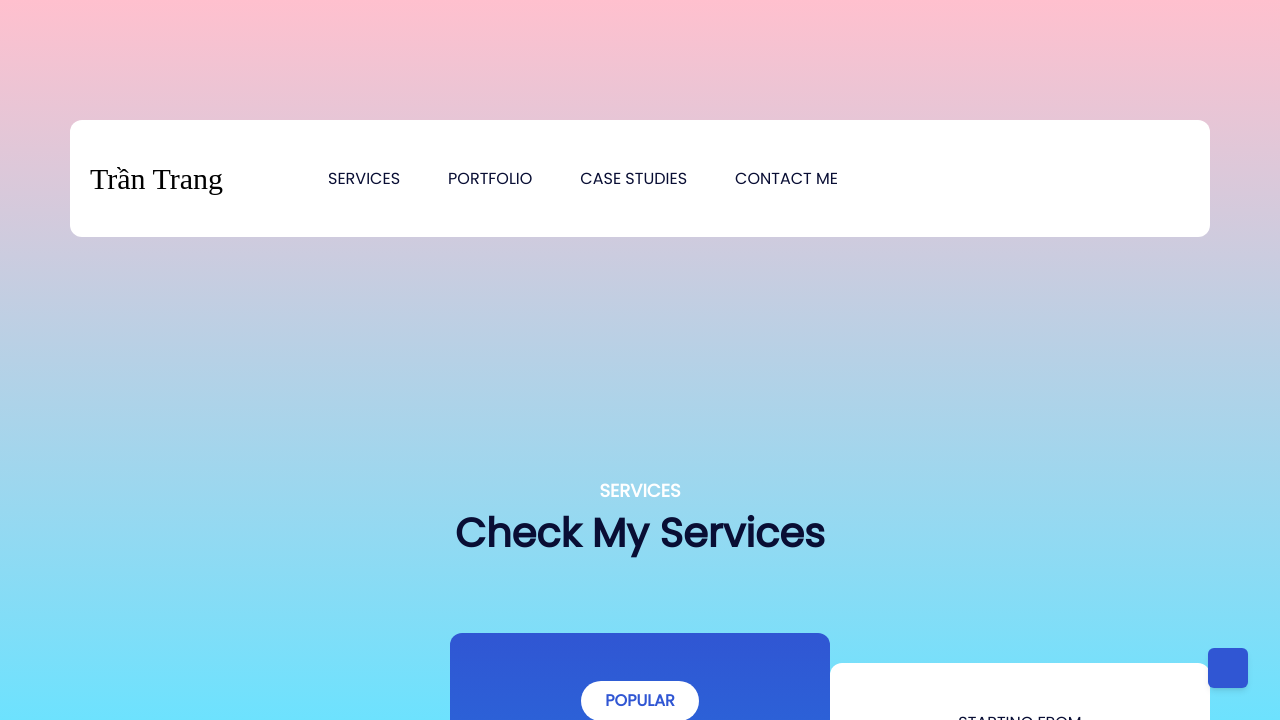
Repository: trantrang2101/CV
Page: index.html
The author's editor kept a copy of each file at every save. The page is drawn from the files as they stood at one save, then again after the next save.
The browser window is 1280 px wide. The pictures show the whole page.
An inner scrolling area shows only its first screen. Some web fonts or font styles are not loaded; a fallback is used.

Above is the page before, as saved 2022-07-13 19:18:11.
Console error: TypeError: Cannot read properties of null (reading 'offsetTop')

### index.html
<!DOCTYPE html>
<html lang="en" class="scroll-smooth">

<head>
    <meta charset="UTF-8" />
    <meta http-equiv="X-UA-Compatible" content="IE=edge" />
    <meta name="viewport" content="width=device-width, initial-scale=1.0" />
    <title>
        Play | Free Tailwind CSS Template for Startup and SaaS By TailGrids
    </title>
    <link rel="shortcut icon" href="assets/images/favicon.png" type="image/x-icon" />
    <link rel="stylesheet" href="assets/css/animate.css" />
    <link rel="stylesheet" href="assets/css/tailwind.css" />
    <link rel="stylesheet" href="assets/css/style.css" />

    <script src="assets/js/wow.min.js"></script>
    <script>
        new WOW().init();
    </script>
</head>

<body>
    <section id="home" class="pt-20 lg:pt-[120px] pb-20 lg:pb-[120px]">
        <div class="container">
            <div class="bg-white shadow-xl shadow-dark dark:shadow-xl dark:shadow-light wow fadeInUp rounded-xl"
                data-wow-delay=".2s" style="visibility: visible; animation-delay: 0.2s">
                <div class="flex -mx-4 px-5 items-center justify-between relative">
                    <div class="w-60 max-w-full">
                        <a href="#home" class="navbar-logo w-full block py-5">
                            <h1 class="font-script p-4">Trần Trang</h1>
                        </a>
                    </div>
                    <div class="flex justify-between items-center w-full">
                        <div>
                            <button id="navbarToggler"
                                class="block absolute mx-4 right-4 top-1/2 -translate-y-1/2 lg:hidden focus:ring-2 ring-primary px-3 py-[6px] rounded-lg">
                                <span class="relative w-[30px] h-[2px] my-[6px] block bg-dark"></span>
                                <span class="relative w-[30px] h-[2px] my-[6px] block bg-dark"></span>
                                <span class="relative w-[30px] h-[2px] my-[6px] block bg-dark"></span>
                            </button>
                            <nav id="navbarCollapse"
                                class="absolute py-5 lg:py-0 lg:px-4 xl:px-6 bg-white lg:bg-transparent shadow-lg rounded-lg max-w-[250px] w-full lg:max-w-full lg:w-full right-4 top-full hidden lg:block lg:static lg:shadow-none">
                                <ul class="blcok lg:flex">
                                    <li class="relative group">
                                        <a href="#services"
                                            class="ud-menu-scroll text-base text-dark lg:group-hover:opacity-70 lg:group-hover:text-dark group-hover:text-primary py-2 lg:py-6 lg:inline-flex lg:px-0 flex mx-8 lg:mr-0">
                                            SERVICES
                                        </a>
                                    </li>
                                    <li class="relative group">
                                        <a href="#portfolio"
                                            class="ud-menu-scroll text-base text-dark lg:text-dark lg:group-hover:opacity-70 lg:group-hover:text-dark group-hover:text-primary py-2 lg:py-6 lg:inline-flex lg:px-0 flex mx-8 lg:mr-0 lg:ml-7 xl:ml-12">
                                            PORTFOLIO
                                        </a>
                                    </li>
                                    <li class="relative group">
                                        <a href="#case"
                                            class="ud-menu-scroll text-base text-dark lg:text-dark lg:group-hover:opacity-70 lg:group-hover:text-dark group-hover:text-primary py-2 lg:py-6 lg:inline-flex lg:px-0 flex mx-8 lg:mr-0 lg:ml-7 xl:ml-12">
                                            CASE STUDIES
                                        </a>
                                    </li>
                                    <li class="relative group">
                                        <a href="#contact"
                                            class="ud-menu-scroll text-base text-dark lg:text-dark lg:group-hover:opacity-70 lg:group-hover:text-dark group-hover:text-primary py-2 lg:py-6 lg:inline-flex lg:px-0 flex mx-8 lg:mr-0 lg:ml-7 xl:ml-12">
                                            CONTACT ME
                                        </a>
                                    </li>
                                </ul>
                            </nav>
                        </div>
                    </div>
                </div>
            </div>
        </div>
    </section>
    <section id="services" class="pt-20 lg:pt-[120px] pb-12 lg:pb-[90px] relative z-20 overflow-hidden">
        <div class="container">
            <div class="flex flex-wrap -mx-4">
                <div class="w-full px-4">
                    <div class="text-center mx-auto mb-[60px] lg:mb-20 max-w-[620px]">
                        <span class="font-semibold text-lg text-white mb-2 block">
                            SERVICES
                        </span>
                        <h2 class="font-bold text-3xl sm:text-4xl md:text-[40px] text-dark mb-4">
                            Check My Services
                        </h2>
                    </div>
                </div>
            </div>

            <div class="flex flex-wrap items-center justify-center">
                <div class="w-full md:w-1/2 lg:w-1/3">
                    <div class="bg-white rounded-xl relative z-10 overflow-hidden border border-primary border-opacity-20 shadow-pricing py-10 px-8 sm:p-12 lg:py-10 lg:px-6 xl:p-12 mb-10 text-center wow fadeInUp"
                        data-wow-delay=".15s" style="visibility: visible; animation-delay: 0.15s">

                    </div>
                </div>
                <div class="w-full md:w-1/2 lg:w-1/3">
                    <div class="bg-primary bg-gradient-to-b from-primary to-[#179BEE] rounded-xl relative z-10 overflow-hidden shadow-pricing py-10 px-8 sm:p-12 lg:py-10 lg:px-6 xl:p-12 mb-10 text-center wow fadeInUp"
                        data-wow-delay=".1s" style="visibility: visible; animation-delay: 0.1s">
                        <span
                            class="inline-block py-2 px-6 border border-white rounded-full text-base font-semibold text-primary bg-white uppercase mb-5">
                            POPULAR
                        </span>
                        <span class="text-white font-medium text-base uppercase block mb-2">
                            STARTING FROM
                        </span>
                        <h2 class="font-semibold text-white mb-9 text-[28px]">
                            $ 19.99/mo
                        </h2>

                        <div class="mb-10">
                            <p class="text-base font-medium text-white leading-loose mb-1">
                                5 User
                            </p>
                            <p class="text-base font-medium text-white leading-loose mb-1">
                                All UI components
                            </p>
                            <p class="text-base font-medium text-white leading-loose mb-1">
                                Lifetime access
                            </p>
                            <p class="text-base font-medium text-white leading-loose mb-1">
                                Free updates
                            </p>
                            <p class="text-base font-medium text-white leading-loose mb-1">
                                Use on 1 (one) project
                            </p>
                            <p class="text-base font-medium text-white leading-loose mb-1">
                                4 Months support
                            </p>
                        </div>
                        <div class="w-full">
                            <a href="javascript:void(0)"
                                class="inline-block text-base font-medium text-dark bg-white border border-white rounded-full text-center py-4 px-11 hover:text-white hover:bg-dark hover:border-dark transition duration-300 ease-in-out">
                                Purchase Now
                            </a>
                        </div>
                    </div>
                </div>
                <div class="w-full md:w-1/2 lg:w-1/3">
                    <div class="bg-white rounded-xl relative z-10 overflow-hidden border border-primary border-opacity-20 shadow-pricing py-10 px-8 sm:p-12 lg:py-10 lg:px-6 xl:p-12 mb-10 text-center wow fadeInUp"
                        data-wow-delay=".15s" style="visibility: visible; animation-delay: 0.15s">
                        <span class="text-dark font-medium text-base uppercase block mb-2">
                            STARTING FROM
                        </span>
                        <h2 class="font-semibold text-primary mb-9 text-[28px]">
                            $ 70.99/mo
                        </h2>

                        <div class="mb-10">
                            <p class="text-base font-medium text-body-color leading-loose mb-1">
                                1 User
                            </p>
                            <p class="text-base font-medium text-body-color leading-loose mb-1">
                                All UI components
                            </p>
                            <p class="text-base font-medium text-body-color leading-loose mb-1">
                                Lifetime access
                            </p>
                            <p class="text-base font-medium text-body-color leading-loose mb-1">
                                Free updates
                            </p>
                            <p class="text-base font-medium text-body-color leading-loose mb-1">
                                Use on unlimited project
                            </p>
                            <p class="text-base font-medium text-body-color leading-loose mb-1">
                                4 Months support
                            </p>
                        </div>
                        <div class="w-full">
                            <a href="javascript:void(0)"
                                class="inline-block text-base font-medium text-primary bg-transparent border border-[#D4DEFF] rounded-full text-center py-4 px-11 hover:text-white hover:bg-primary hover:border-primary transition duration-300 ease-in-out">
                                Purchase Now
                            </a>
                        </div>
                    </div>
                </div>
            </div>
        </div>
    </section>
    <a href="javascript:void(0)"
        class="hidden items-center justify-center bg-primary text-white w-10 h-10 rounded-md fixed bottom-8 right-8 left-auto z-[999] hover:bg-dark back-to-top shadow-md transition duration-300 ease-in-out"
        style="display: flex">
        <span class="w-3 h-3 border-t border-l border-white rotate-45 mt-[6px]"></span>
    </a>
    <script src="assets/js/main.js"></script>
    <script>
        const pageLink = document.querySelectorAll(".ud-menu-scroll");
        pageLink.forEach((elem) => {
            elem.addEventListener("click", (e) => {
                e.preventDefault();
                document.querySelector(elem.getAttribute("href")).scrollIntoView({
                    behavior: "smooth",
                    offsetTop: 1 - 60,
                });
            });
        });

        // section menu active
        function onScroll(event) {
            const sections = document.querySelectorAll(".ud-menu-scroll");
            const scrollPos =
                window.pageYOffset ||
                document.documentElement.scrollTop ||
                document.body.scrollTop;

            for (let i = 0; i < sections.length; i++) {
                const currLink = sections[i];
                const val = currLink.getAttribute("href");
                const refElement = document.querySelector(val);
                const scrollTopMinus = scrollPos + 73;
                if (
                    refElement.offsetTop <= scrollTopMinus &&
                    refElement.offsetTop + refElement.offsetHeight > scrollTopMinus
                ) {
                    document
                        .querySelector(".ud-menu-scroll")
                        .classList.remove("active");
                    currLink.classList.add("active");
                } else {
                    currLink.classList.remove("active");
                }
            }
        }

        window.document.addEventListener("scroll", onScroll);
    </script>
</body>

</html>

### assets/css/style.css
html,
body {
  width: 100%;
  height: 100%;
}
html,
body {
  width: 100%;
  height: 100%;
  overflow: auto;
  background: linear-gradient(180deg, #ffc0ce 0%, #6de2fe 100%);
  background-repeat: no-repeat;
  background-position: center top;
  background-size: contain;
}
.font-script {
  font-family: "Imperial Script" !important;
}
h1.font-script {
  font-size: 30px;
}

### assets/js/main.js
(function () {
  "use strict";

  // ======= Sticky
  window.onscroll = function () {
    const ud_header = document.querySelector(".ud-header");
    const sticky = ud_header.offsetTop;
    const logo = document.querySelector(".header-logo");

    if (window.pageYOffset > sticky) {
      ud_header.classList.add("sticky");
    } else {
      ud_header.classList.remove("sticky");
    }

    // === logo change
    if (ud_header.classList.contains("sticky")) {
      logo.src = "assets/images/logo/logo.svg";
    } else {
      logo.src = "assets/images/logo/logo-white.svg";
    }

    // show or hide the back-top-top button
    const backToTop = document.querySelector(".back-to-top");
    if (
      document.body.scrollTop > 50 ||
      document.documentElement.scrollTop > 50
    ) {
      backToTop.style.display = "flex";
    } else {
      backToTop.style.display = "none";
    }
  };

  // ===== responsive navbar
  let navbarToggler = document.querySelector("#navbarToggler");
  const navbarCollapse = document.querySelector("#navbarCollapse");

  navbarToggler.addEventListener("click", () => {
    navbarToggler.classList.toggle("navbarTogglerActive");
    navbarCollapse.classList.toggle("hidden");
  });

  //===== close navbar-collapse when a  clicked
  document
    .querySelectorAll("#navbarCollapse ul li:not(.submenu-item) a")
    .forEach((e) =>
      e.addEventListener("click", () => {
        navbarToggler.classList.remove("navbarTogglerActive");
        navbarCollapse.classList.add("hidden");
      })
    );

  // ===== Sub-menu
  const submenuItems = document.querySelectorAll(".submenu-item");
  submenuItems.forEach((el) => {
    el.querySelector("a").addEventListener("click", () => {
      el.querySelector(".submenu").classList.toggle("hidden");
    });
  });

  // ===== Faq accordion
  const faqs = document.querySelectorAll(".single-faq");
  faqs.forEach((el) => {
    el.querySelector(".faq-btn").addEventListener("click", () => {
      el.querySelector(".icon").classList.toggle("rotate-180");
      el.querySelector(".faq-content").classList.toggle("hidden");
    });
  });

  // ===== wow js
  new WOW().init();

  // ====== scroll top js
  function scrollTo(element, to = 0, duration = 500) {
    const start = element.scrollTop;
    const change = to - start;
    const increment = 20;
    let currentTime = 0;

    const animateScroll = () => {
      currentTime += increment;

      const val = Math.easeInOutQuad(currentTime, start, change, duration);

      element.scrollTop = val;

      if (currentTime < duration) {
        setTimeout(animateScroll, increment);
      }
    };

    animateScroll();
  }

  Math.easeInOutQuad = function (t, b, c, d) {
    t /= d / 2;
    if (t < 1) return (c / 2) * t * t + b;
    t--;
    return (-c / 2) * (t * (t - 2) - 1) + b;
  };

  document.querySelector(".back-to-top").onclick = () => {
    scrollTo(document.documentElement);
  };
})();

Loaded but not shown: assets/css/animate.css (library); assets/css/tailwind.css (library); assets/js/wow.min.js (library)

After the next save:
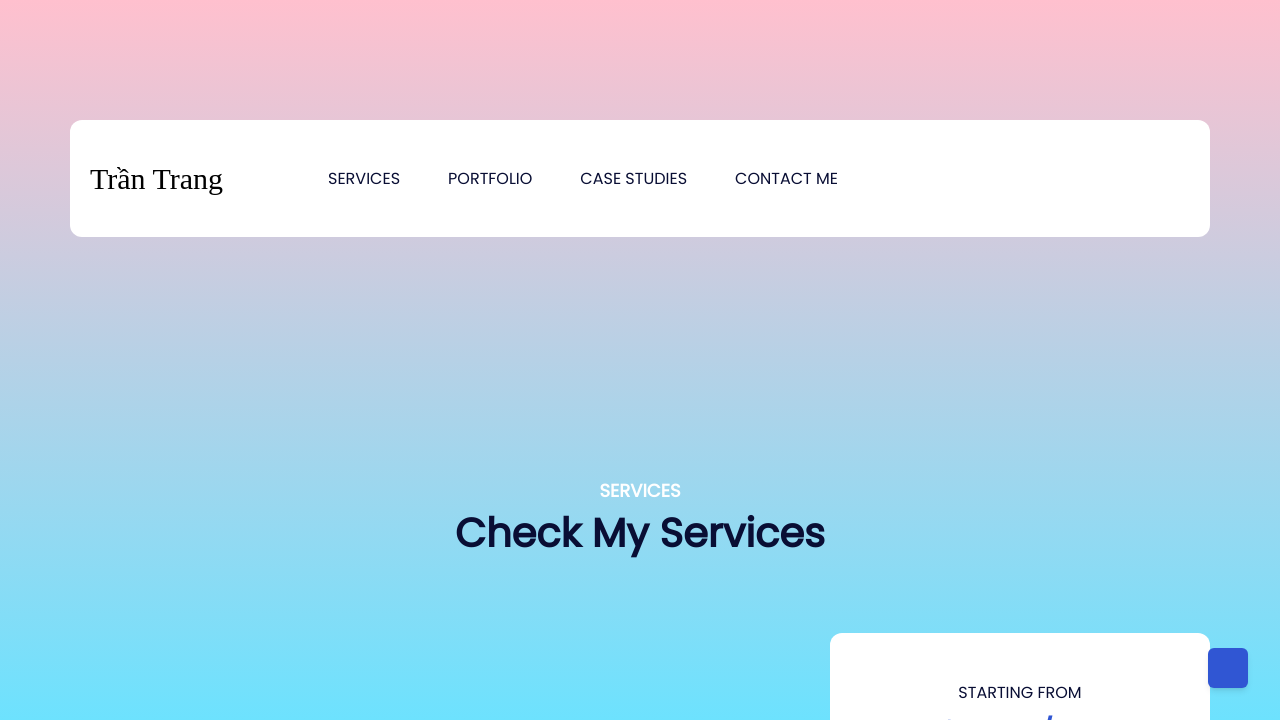
Saved 10 s later.
--- a/index.html
+++ b/index.html
@@ -98,43 +98,7 @@
                 <div class="w-full md:w-1/2 lg:w-1/3">
                     <div class="bg-primary bg-gradient-to-b from-primary to-[#179BEE] rounded-xl relative z-10 overflow-hidden shadow-pricing py-10 px-8 sm:p-12 lg:py-10 lg:px-6 xl:p-12 mb-10 text-center wow fadeInUp"
                         data-wow-delay=".1s" style="visibility: visible; animation-delay: 0.1s">
-                        <span
-                            class="inline-block py-2 px-6 border border-white rounded-full text-base font-semibold text-primary bg-white uppercase mb-5">
-                            POPULAR
-                        </span>
-                        <span class="text-white font-medium text-base uppercase block mb-2">
-                            STARTING FROM
-                        </span>
-                        <h2 class="font-semibold text-white mb-9 text-[28px]">
-                            $ 19.99/mo
-                        </h2>
 
-                        <div class="mb-10">
-                            <p class="text-base font-medium text-white leading-loose mb-1">
-                                5 User
-                            </p>
-                            <p class="text-base font-medium text-white leading-loose mb-1">
-                                All UI components
-                            </p>
-                            <p class="text-base font-medium text-white leading-loose mb-1">
-                                Lifetime access
-                            </p>
-                            <p class="text-base font-medium text-white leading-loose mb-1">
-                                Free updates
-                            </p>
-                            <p class="text-base font-medium text-white leading-loose mb-1">
-                                Use on 1 (one) project
-                            </p>
-                            <p class="text-base font-medium text-white leading-loose mb-1">
-                                4 Months support
-                            </p>
-                        </div>
-                        <div class="w-full">
-                            <a href="javascript:void(0)"
-                                class="inline-block text-base font-medium text-dark bg-white border border-white rounded-full text-center py-4 px-11 hover:text-white hover:bg-dark hover:border-dark transition duration-300 ease-in-out">
-                                Purchase Now
-                            </a>
-                        </div>
                     </div>
                 </div>
                 <div class="w-full md:w-1/2 lg:w-1/3">
